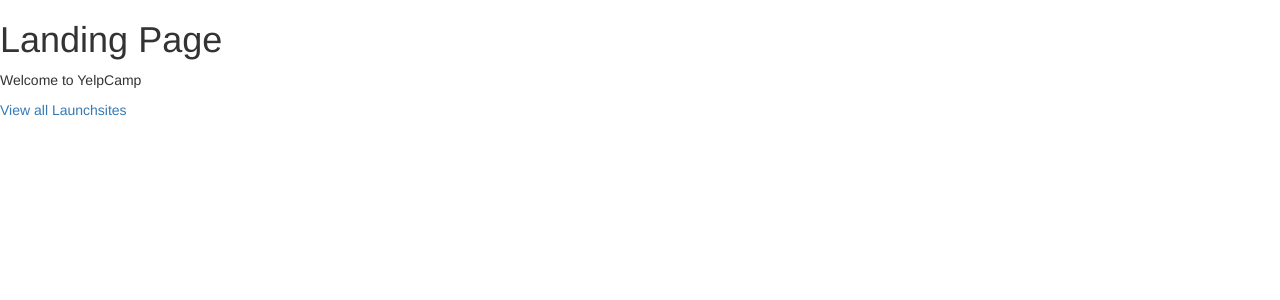
Repository: Oscar6/Udemy-workspace
Page: http://localhost/
The author's editor kept a record of every edit. The page is drawn from the files as they stood at one moment, then again after the next edit.
The browser window is 1280 px wide. The pictures show the whole page.
The page is served by the project's Node server (YelpCamp/v1/app.js).

Above is the page before.

After the next edit:
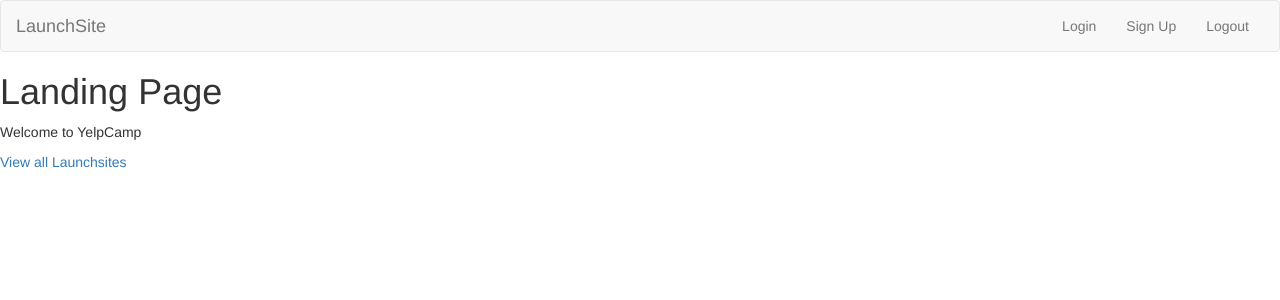
The edit:
--- a/YelpCamp/v1/views/partials/header.ejs
+++ b/YelpCamp/v1/views/partials/header.ejs
@@ -5,3 +5,17 @@
         <link rel="stylesheet" href="https://maxcdn.bootstrapcdn.com/bootstrap/3.3.5/css/bootstrap.min.css">
     </head>
     <body>
+       <nav class="navbar navbar-default">
+          <div class="container-fluid">
+             <div class="navbar-header">
+                <a class="navbar-brand" href="/">LaunchSite</a>
+             </div>
+             <div class="collapse navbar-collapse">
+                <ul class="nav navbar-nav navbar-right">
+                   <li><a href="/">Login</a></li>
+                   <li><a href="/">Sign Up</a></li>
+                   <li><a href="/">Logout</a></li>
+                </ul>
+             </div>
+          </div>
+       </nav>
